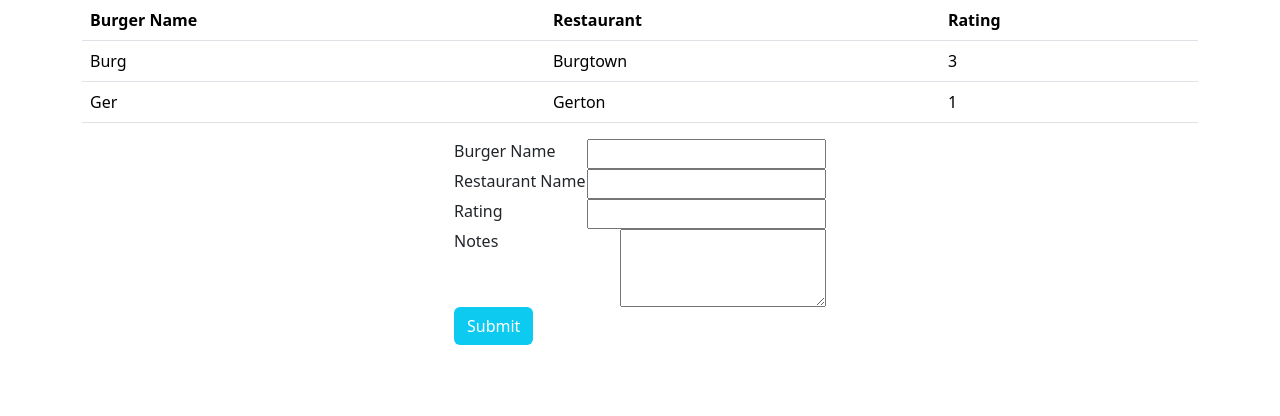
Repository: Hokusai12/Java_Dojo
Page: http://localhost/burgertracker/WEB-INF/index.jsp
These files come from the project's save history. The page is drawn as it stood at one moment and after the next save; the edit follows.
The browser window is 1280 px wide. The pictures show the whole page.
The page is served by Tomcat 9. Nobody is signed in. Other server files are loaded and not shown. The template is opened directly, without the code that normally fills it, so the values that code supplies are empty.

Above is the page before, as saved 2023-03-05 18:23:32.

### Spring/MVC/burgertracker/src/main/webapp/WEB-INF/index.jsp
<%@ page language="java" contentType="text/html; charset=ISO-8859-1"
    pageEncoding="ISO-8859-1"%>
<%@ taglib prefix="c" uri="http://java.sun.com/jsp/jstl/core" %>
<!DOCTYPE html>
<html>
<head>
<meta charset="ISO-8859-1">
<link href="https://cdn.jsdelivr.net/npm/bootstrap@5.3.0-alpha1/dist/css/bootstrap.min.css" rel="stylesheet" integrity="sha384-GLhlTQ8iRABdZLl6O3oVMWSktQOp6b7In1Zl3/Jr59b6EGGoI1aFkw7cmDA6j6gD" crossorigin="anonymous">
<title>Burgerator</title>
</head>
<body>
	<div class="container">
		<table class="table">
			<thead>
				<tr>
					<th>Burger Name</th>
					<th>Restaurant</th>
					<th>Rating</th>
				</tr>
			</thead>
			<tbody>
				<tr>
					<td>Burg</td>
					<td>Burgtown</td>
					<td>3</td>
				</tr>
				<tr>
					<td>Ger</td>
					<td>Gerton</td>
					<td>1</td>
				</tr>
			</tbody>
		</table>
	</div>
	<div class="container d-flex justify-content-around">
		<form class="col-4" action="">
			<div class="d-flex justify-content-between">
				<label for="name">Burger Name</label>
				<input type="text" name="name"/>
			</div>
			<div class="d-flex justify-content-between">
				<label for="restaurant">Restaurant Name</label>
				<input type="text" name="restaurant"/>
			</div>
			<div class="d-flex justify-content-between">
				<label for="rating">Rating</label>
				<input type="text" name="rating"/>
			</div>
			<div class="d-flex justify-content-between">
				<label for="notes">Notes</label>
				<textarea name="notes" id="notes" cols="20" rows="3"></textarea>
			</div>
			<input class="btn bg-info text-white" type="submit" value="Submit"/>
		</form>
	</div>
</body>
</html>

After the next save:
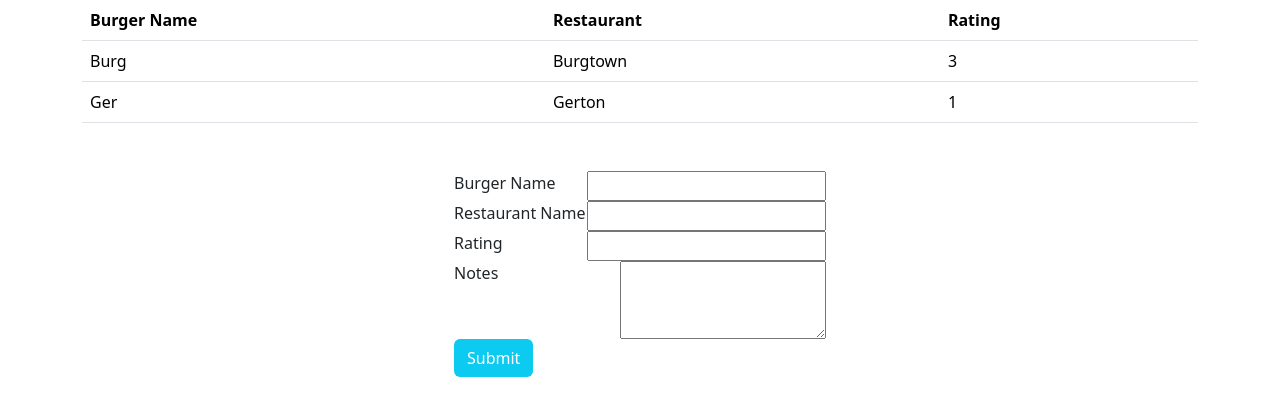
Saved 14 s later.
--- a/Spring/MVC/burgertracker/src/main/webapp/WEB-INF/index.jsp
+++ b/Spring/MVC/burgertracker/src/main/webapp/WEB-INF/index.jsp
@@ -32,7 +32,7 @@
 			</tbody>
 		</table>
 	</div>
-	<div class="container d-flex justify-content-around">
+	<div class="container d-flex justify-content-around mt-5">
 		<form class="col-4" action="">
 			<div class="d-flex justify-content-between">
 				<label for="name">Burger Name</label>
